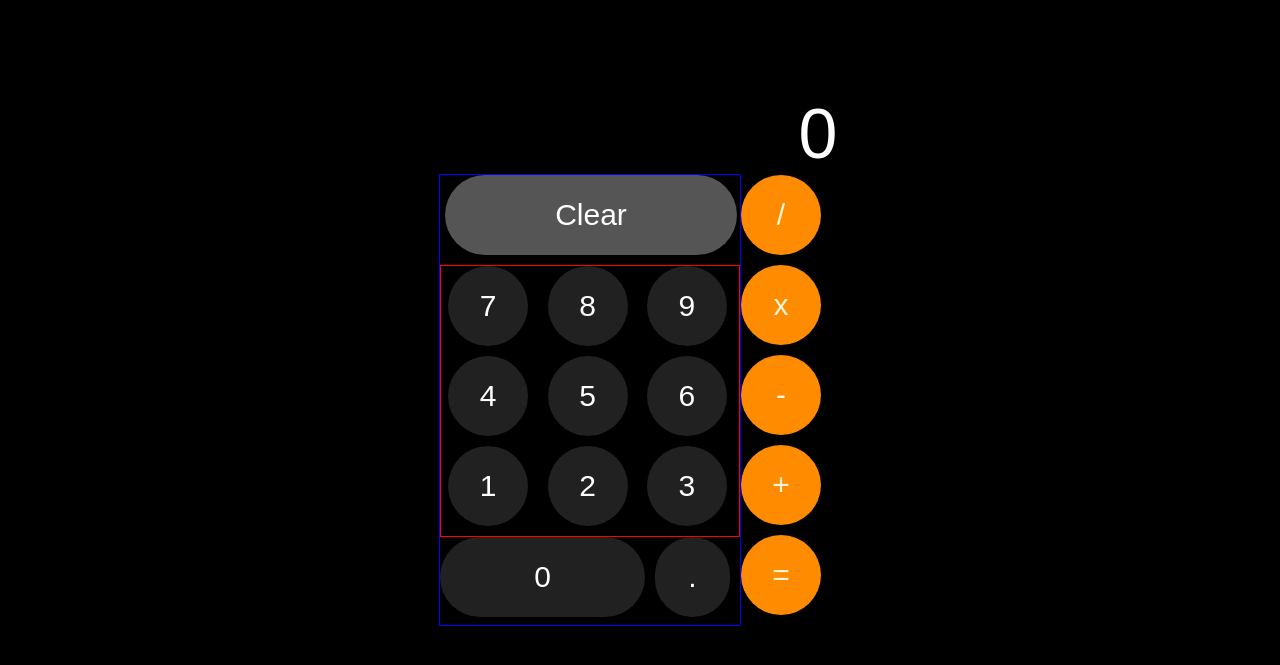
Repository: kocokoy/Calculator
Page: index.html
These files come from the project's save history. The page is drawn as it stood at one moment and after a run of saves; the edit follows.
The browser window is 1280 px wide. The pictures show the whole page.

Above is the page before, as saved 2024-10-23 09:37:46.

After the next 2 saves:
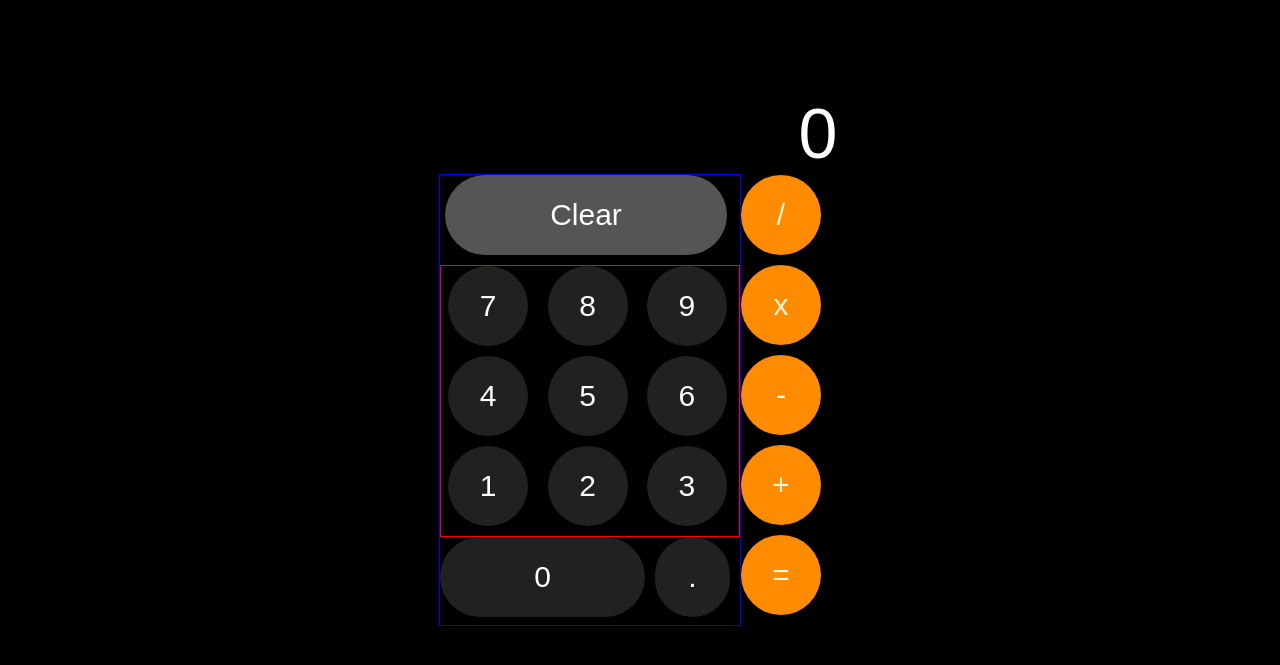
The 2 saves are shown as one change because they came seconds apart.
The last was saved 7 s later.
--- a/style.css
+++ b/style.css
@@ -38,7 +38,7 @@ button{
   margin-bottom: 10px;
 }
 .clear-button-container button{
-  margin-right: 3px;
+  margin-right: 13px;
   height: 80px;
   background-color: rgb(85, 85, 85);
   color: rgb(255, 255, 255);
